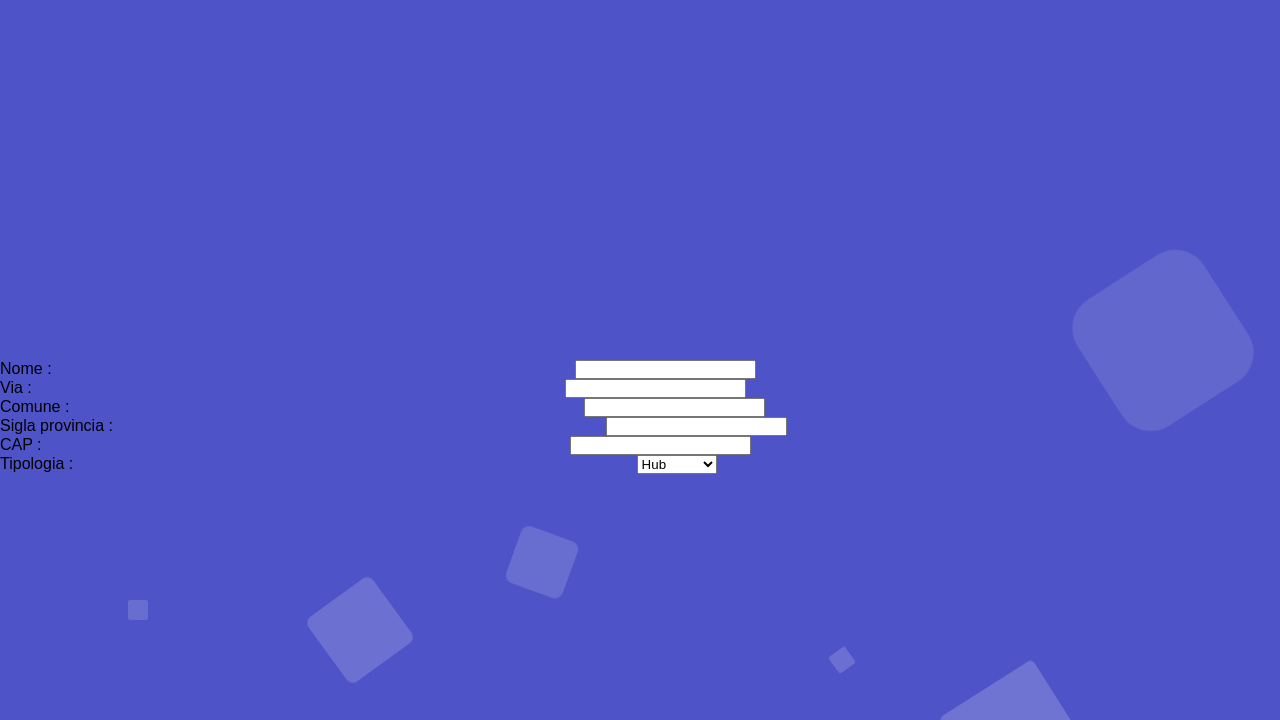
Repository: Jok98/CentriVaccinaliWebApp
Page: http://localhost/CentriVaccinaliOperatori/iscrizionecentrovax.jsp
These files come from the project's save history. The page is drawn as it stood at one moment and after the next save; the edit follows.
The browser window is 1280 px wide. The pictures show the whole page.
Some web fonts or font styles are not loaded; a fallback is used. The page is served by Tomcat 9.

Above is the page before, as saved 2022-09-24 15:45:27.

### CentriVaccinaliOperatori/src/main/webapp/iscrizionecentrovax.jsp
<%@ page language="java" contentType="text/html; charset=ISO-8859-1"
	pageEncoding="ISO-8859-1"%>
<!DOCTYPE html>
<html>
<head>
<meta charset="ISO-8859-1">
<link rel="stylesheet" href="css/form.css">
<link rel="stylesheet" href="css/background.css">
<title>Iscrizione Centri Vaccinali</title>
</head>
<body>
	<div class="area">
		<ul class="circles">
			<li></li>
			<li></li>
			<li></li>
			<li></li>
			<li></li>
			<li></li>
			<li></li>
			<li></li>
			<li></li>
			<li></li>
		</ul>
	</div>
	<div class="context" align="center" >
		<form action="" >
		<label class="label" for="nomeCenvax" >Nome : </label>
		<input class="input" type="text" id="nomecenvax" name="nomecenvax">
		<br>
		<label class="label" for="viaCenvax">Via : </label>
		<input class="input" type="text" id="viaCenvax" name="viaCenvax">
		<br>
		<label class="label" for="comuneCenvax">Comune : </label>
		<input class="input" type="text" id="viaCenvax" name="viaCenvax">
		<br>
		<label class="label" for="sigprovCenvax">Sigla provincia : </label>
		<input class="input" type="text" id="sigprovCenvax" name="sigprovCenvax">
		<br>
		<label class="label" for="capCenvax">CAP : </label>
		<input class="input" type="text" id="capCenvax" name="capCenvax">
		<br>
		<label class="label" for="tipoCenvax">Tipologia : </label>
		<select class="input" name="tipoCenvax" id="tipoCenvax">
			<option value="Hub">Hub</option>
			<option value="Azienda">Azienda</option>
			<option value="Ospedale">Ospedale</option>
		</select>

		</form>
	</div>

</body>
</html>

### CentriVaccinaliOperatori/src/main/webapp/css/form.css
@charset "ISO-8859-1";

/* bottoni */
.button {
color: rgb(255, 255, 255);
font-size: 30px; line-height: 30px;
padding: 10px;
border-radius: 12px;
font-family: Georgia, serif;
font-weight: normal;
text-decoration: none;
font-style: normal;
font-variant: normal;
text-transform: none;
background-image: radial-gradient(at center center, rgb(12, 111, 164) 0%, rgb(10, 136, 164) 100%, rgb(12, 111, 164) 100%);
box-shadow: rgba(0, 0, 0, 0) 81px -57px 0px 0px;
border: 2px solid rgb(28, 110, 164);
display: inline-block;}
.button:hover {
background: #80c3ff; }
.button:active {
background: #1ca4ff; }

.label{
	 float: left;
}

.input{
	 float: right-center;

}

### CentriVaccinaliOperatori/src/main/webapp/css/background.css
@charset "ISO-8859-1";
@import url('https://fonts.googleapis.com/css?family=Exo:400,700');

*{
    margin: 0px;
    padding: 0px;
}

html{
    font-family: 'Exo', sans-serif;
}


.context {
    width: 100%;
    position: absolute;
    top:50vh;

}

.context h1{
    text-align: center;
    color: #fff;
    font-size: 50px;
}


.area{
    background: #4e54c8;
    background: -webkit-linear-gradient(to left, #8f94fb, #4e54c8);
    width: 100%;
    height:100vh;


}

.circles{
    position: absolute;
    top: 0;
    left: 0;
    width: 100%;
    height: 100%;
    overflow: hidden;
}

.circles li{
    position: absolute;
    display: block;
    list-style: none;
    width: 20px;
    height: 20px;
    background: rgba(255, 255, 255, 0.2);
    animation: animate 25s linear infinite;
    bottom: -150px;

}

.circles li:nth-child(1){
    left: 25%;
    width: 80px;
    height: 80px;
    animation-delay: 0s;
}


.circles li:nth-child(2){
    left: 10%;
    width: 20px;
    height: 20px;
    animation-delay: 2s;
    animation-duration: 12s;
}

.circles li:nth-child(3){
    left: 70%;
    width: 20px;
    height: 20px;
    animation-delay: 4s;
}

.circles li:nth-child(4){
    left: 40%;
    width: 60px;
    height: 60px;
    animation-delay: 0s;
    animation-duration: 18s;
}

.circles li:nth-child(5){
    left: 65%;
    width: 20px;
    height: 20px;
    animation-delay: 0s;
}

.circles li:nth-child(6){
    left: 75%;
    width: 110px;
    height: 110px;
    animation-delay: 3s;
}

.circles li:nth-child(7){
    left: 35%;
    width: 150px;
    height: 150px;
    animation-delay: 7s;
}

.circles li:nth-child(8){
    left: 50%;
    width: 25px;
    height: 25px;
    animation-delay: 15s;
    animation-duration: 45s;
}

.circles li:nth-child(9){
    left: 20%;
    width: 15px;
    height: 15px;
    animation-delay: 2s;
    animation-duration: 35s;
}

.circles li:nth-child(10){
    left: 85%;
    width: 150px;
    height: 150px;
    animation-delay: 0s;
    animation-duration: 11s;
}



@keyframes animate {

    0%{
        transform: translateY(0) rotate(0deg);
        opacity: 1;
        border-radius: 0;
    }

    100%{
        transform: translateY(-1000px) rotate(720deg);
        opacity: 0;
        border-radius: 50%;
    }

}

After the next save:
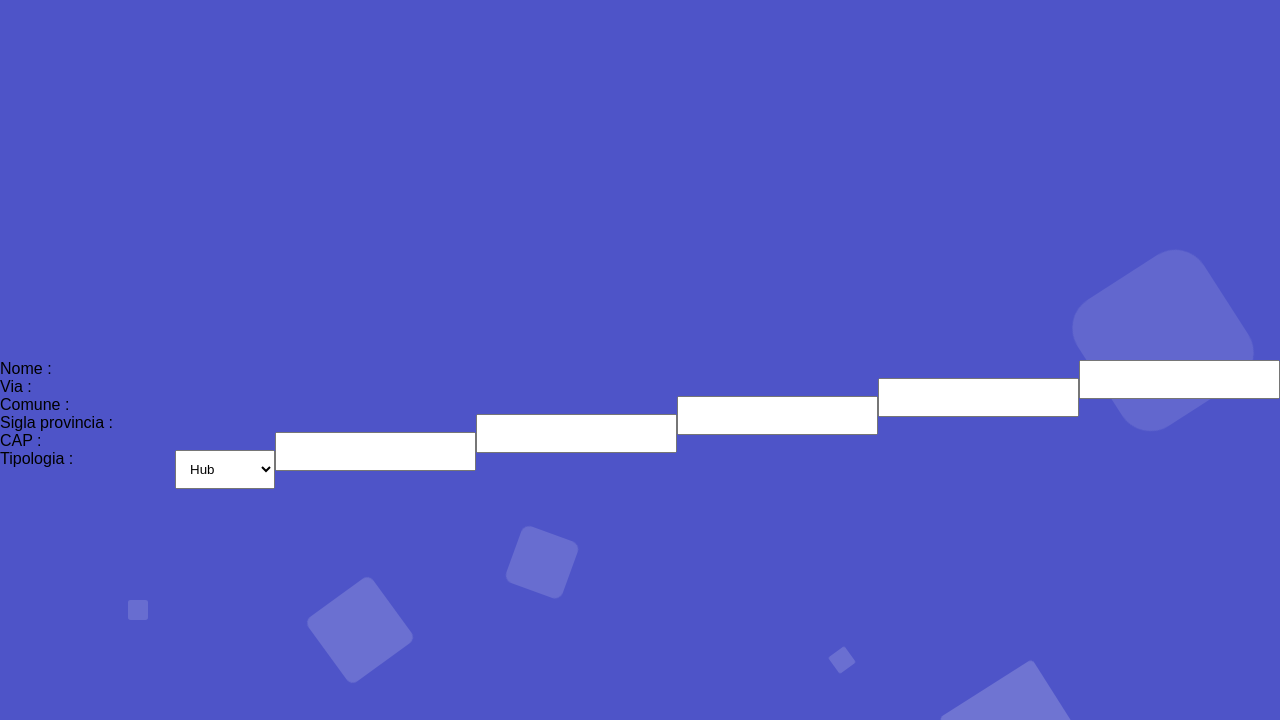
Saved 37 s later.
--- a/CentriVaccinaliOperatori/src/main/webapp/css/form.css
+++ b/CentriVaccinaliOperatori/src/main/webapp/css/form.css
@@ -26,6 +26,7 @@ background: #1ca4ff; }
 }
 
 .input{
-	 float: right-center;
+	 float: right;
+	 padding: 10px;
 
 }
